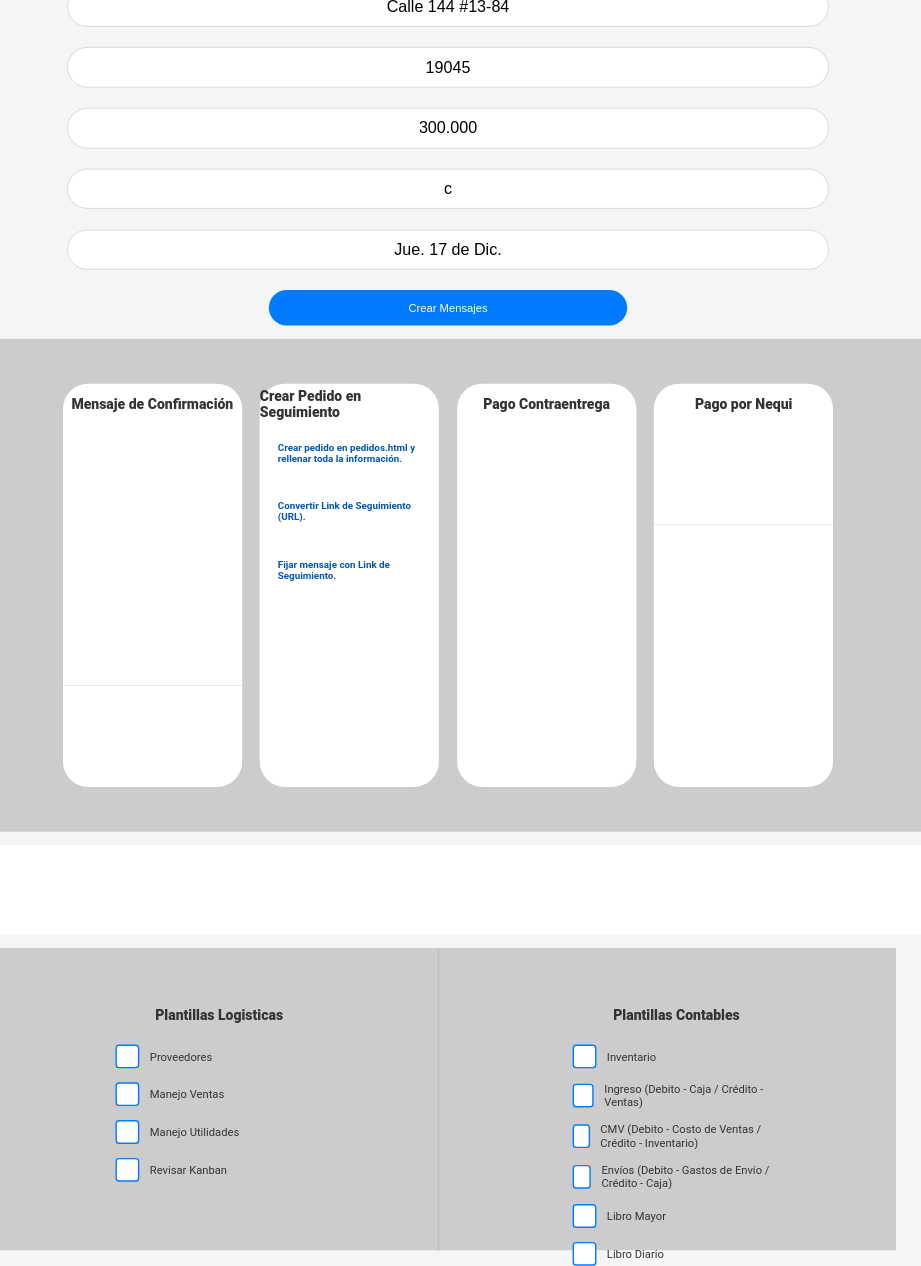
Repository: aCoupon0/intranet
Page: 1/venta-1.html
These files come from the project's save history. The page is drawn as it stood at one moment and after the next save; the edit follows.
The browser window is 1280 px wide. The page is 1316 px wide, so the pictures cover 1316 px, including what lies to the right of the window. The pictures show the part of the page from y = 763 to 2643 px (the page is 2571 px tall before and 2643 px after), at 70% of full size.

Above is the page before, as saved 2024-12-13 13:17:58.

After the next save:
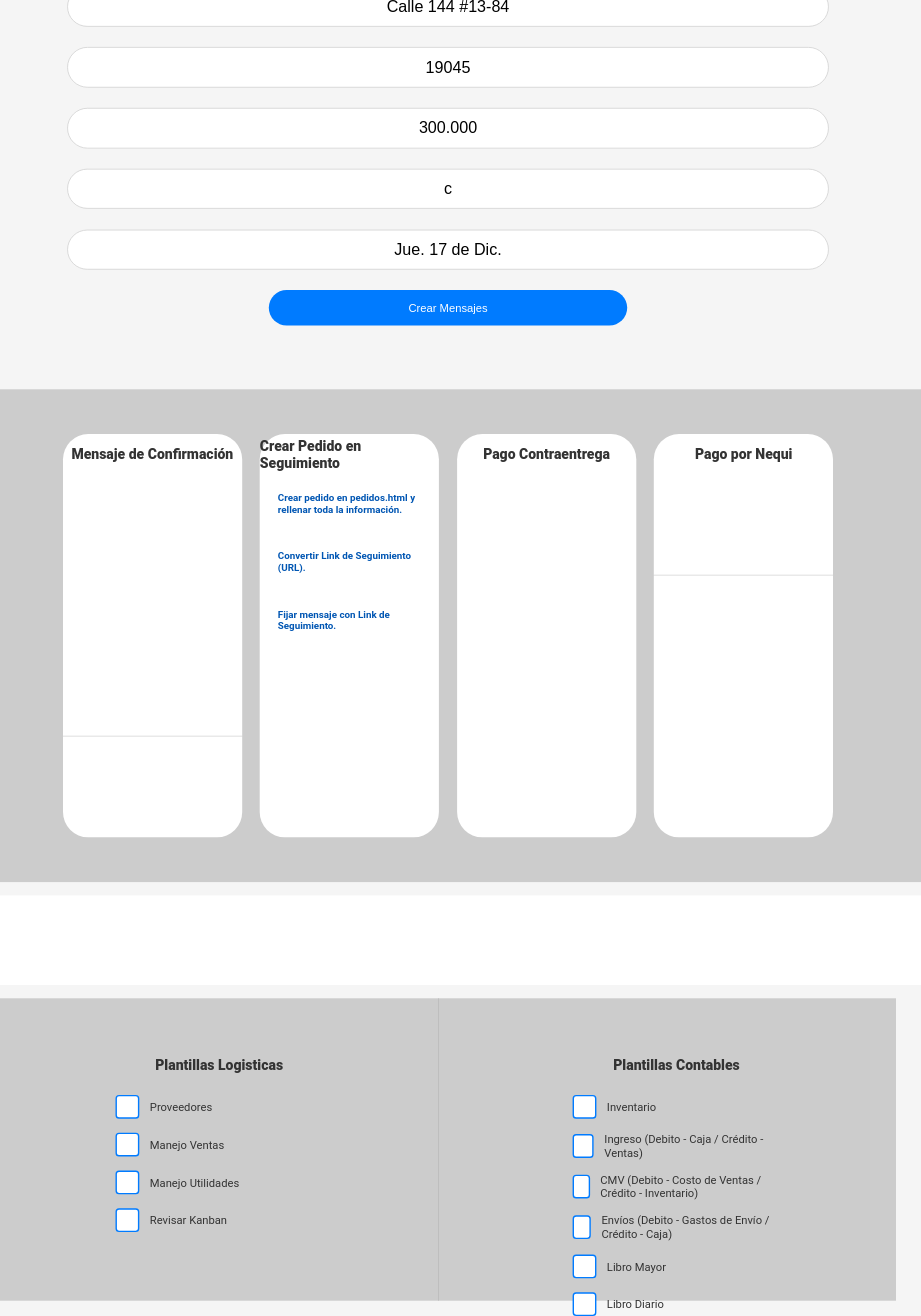
Saved 25 s later.
--- a/css/venta.css
+++ b/css/venta.css
@@ -54,6 +54,7 @@ input {
     background-color: #ccc;
     flex-direction: row;
     gap: 2%;
+    margin-top: 10vh;
 }
 
 .section-dual {
